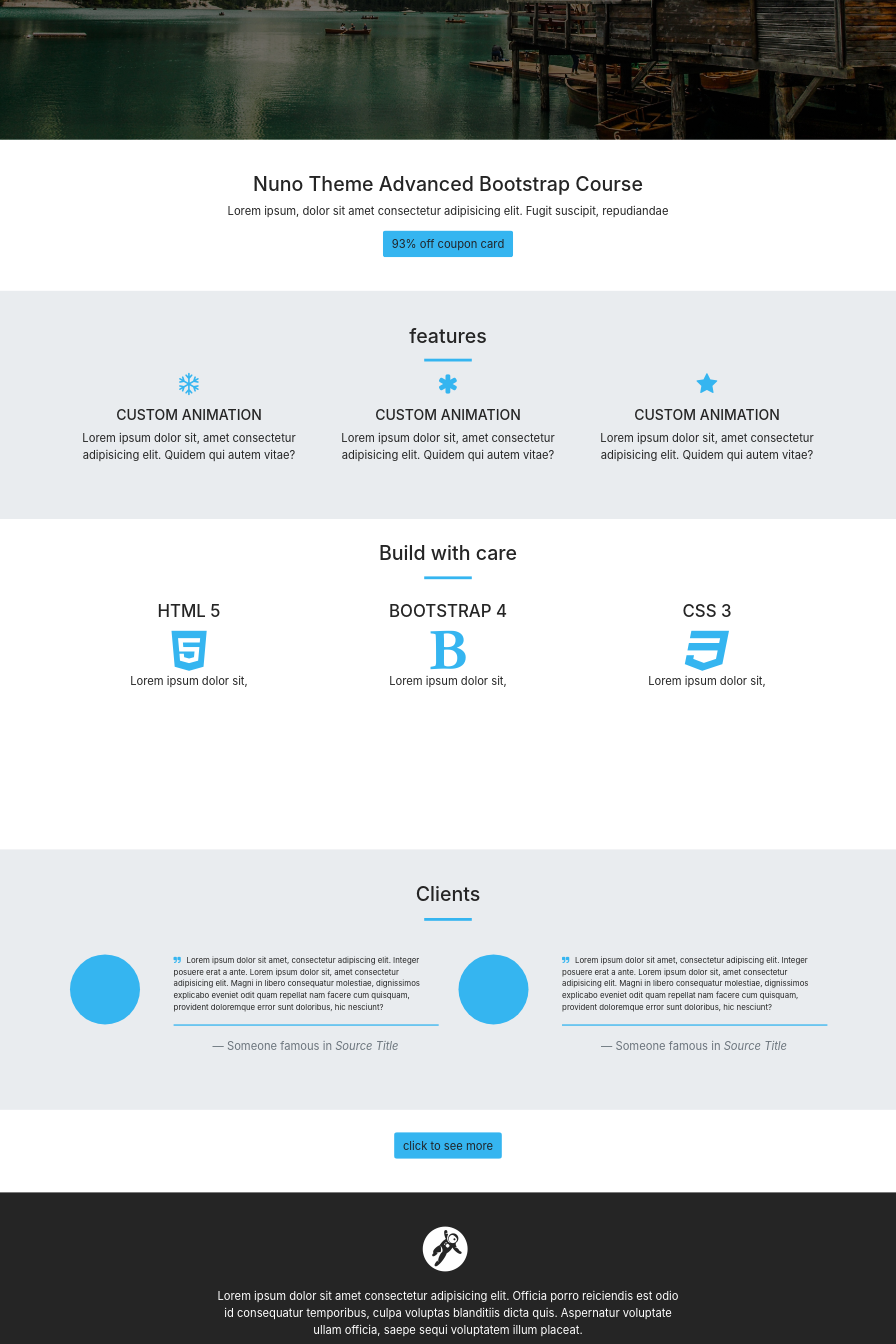
Repository: Mietlicha/bootstrap_template_exercise
Page: index.html
The author's editor kept a copy of each file at every save. The page is drawn from the files as they stood at one save, then again after the next save.
The browser window is 1280 px wide. The pictures show the part of the page from y = 449 to 2369 px (the page is 2593 px tall), at 70% of full size.
Backgrounds fixed to the window are drawn as part of the page.

Above is the page before, as saved 2019-11-20 16:39:05.

### index.html
<!DOCTYPE html>
<html lang="en">

<head>
    <meta charset="UTF-8">
    <meta name="viewport" content="width=device-width, initial-scale=1.0">
    <meta http-equiv="X-UA-Compatible" content="ie=edge">
    <title>Bootstrap template</title>
    <link rel="stylesheet" href="https://stackpath.bootstrapcdn.com/bootstrap/4.3.1/css/bootstrap.min.css"
        integrity="sha384-ggOyR0iXCbMQv3Xipma34MD+dH/1fQ784/j6cY/iJTQUOhcWr7x9JvoRxT2MZw1T" crossorigin="anonymous">
    <link rel="stylesheet" href="style.css">
    <link rel="stylesheet" href="https://cdnjs.cloudflare.com/ajax/libs/font-awesome/4.7.0/css/font-awesome.min.css">
</head>

<body data-spy="scroll" data-target="#main-nav">
    <!--------------------nav/home-------------------------------------------------------------------->
    <nav id="main-nav" class="navbar navbar-expand-md navbar-dark bg-dark font-weight-bold fixed-top">
        <a class="navbar-brand" href="#"><i class="fa fa-grav mr-2" aria-hidden="true"></i>Nuno</a>
        <button class="navbar-toggler" type="button" data-toggle="collapse" data-target="#navbarSupportedContent"
            aria-controls="navbarSupportedContent" aria-expanded="false" aria-label="Toggle navigation">
            <span class="navbar-toggler-icon"></span>
        </button>

        <div class="collapse navbar-collapse" id="navbarSupportedContent">
            <ul class="navbar-nav ml-auto">
                <li class="nav-item">
                    <a class="nav-link" href="#home">Home</a>
                </li>
                <li class="nav-item">
                    <a class="nav-link" href="#course">Course</a>
                </li>
                <li class="nav-item">
                    <a class="nav-link" href="#feature">Features</a>
                </li>
                <li class="nav-item">
                    <a class="nav-link" href="#resources">Resorses</a>
                </li>
                <li class="nav-item">
                    <a class="nav-link" href="#client">Client</a>
                </li>
                <li class="nav-item">
                    <a class="nav-link" href="#contact">Contact</a>
                </li>
        </div>
    </nav>
<!--------------------main----------------------------------------------------------------->
<main>
    <!--------------------home-------------------->
    <section id="home">
        <div class="home--landing-page">
        </div>
        <div class="home--caption">
            <h1>Welcome to Nuno</h1>
            <h3>Udemy bootstrap course</h3>
        </div>
    </section>

    <!--------------------corse-------------------->
    <section id="course" class="container text-center mt-5 mb-5">
        <header><h3>Nuno Theme Advanced Bootstrap Course</h3></header>
        <p>Lorem ipsum, dolor sit amet consectetur adipisicing elit. Fugit suscipit, repudiandae
        </p>
        <a href="#" class="btn btn-md" target="_blnk">93% off coupon card</a>
    </section>
    <!--------------------feature-------------------->
    <section id="feature">
        <div class="jumbotron jumbotron-fluid text-center pt-5">
            <header><h3>features</h3></header>
            <hr>
            <div class="container d-md-flex">
                <div class="feature-item col-md-4">
                    <i class="fa fa-snowflake-o" aria-hidden="true"></i>
                    <h5 class="pt-3">custom animation</h5>
                    <p>Lorem ipsum dolor sit, amet consectetur adipisicing elit. Quidem qui autem vitae?</p>
                </div>
                <div class="feature-item col-md-4">
                        <i class="fa fa-asterisk" aria-hidden="true"></i>
                        <h5 class="pt-3">custom animation</h5>
                        <p>Lorem ipsum dolor sit, amet consectetur adipisicing elit. Quidem qui autem vitae?</p>
                </div>
                <div class="feature-item col-md-4">
                        <i class="fa fa-star" aria-hidden="true"></i>
                        <h5 class="pt-3">custom animation</h5>
                        <p>Lorem ipsum dolor sit, amet consectetur adipisicing elit. Quidem qui autem vitae?</p>
                </div>
            </div>
        </div>
    </section>
    <!--------------------Resourses-------------------->
    <section id="resources">
        <div class="bcg"></div>
        <header><h3 class="text-center">Build with care</h3></header>
        <hr>
        <div class="container d-md-flex text-center">
            <div class="resources-item col-md-4">
                <h5 class="pt-3">Html 5</h5>
                <i class="fa fa-html5" aria-hidden="true"></i>
                <p>Lorem ipsum dolor sit,</p>
            </div>
            <div class="resources-item col-md-4">
                <h5 class="pt-3">Bootstrap 4</h5>
                <i class="fa fa-bold" aria-hidden="true"></i>
                <p>Lorem ipsum dolor sit,</p>
            </div>
            <div class="resources-item col-md-4">
                <h5 class="pt-3">CSS 3</h5>
                <i class="fa fa-css3" aria-hidden="true"></i>
                <p>Lorem ipsum dolor sit,</p>
            </div>
        </div>
        <div class="fix-wrap">
            <div class="fixed">
            </div>
        </div>
    </section>
    <!--------------------Client-------------------->
    <section id="client">
        <section class="jumbotron jumbotron-fluid text-center pt-5">
            <header><h3>Clients</h3></header>
            <hr class="client__main-hr mb-5">
            <div class="container d-md-flex">
                <div class="client-item col-md-6 d-flex">
                    <div class="foto mr-5"></div>
                    <blockquote class="blockquote">
                        <p class="mb-0 text-left">Lorem ipsum dolor sit amet, consectetur adipiscing elit. Integer posuere erat a ante. Lorem ipsum dolor sit, amet consectetur adipisicing elit. Magni in libero consequatur molestiae, dignissimos explicabo eveniet odit quam repellat nam facere cum quisquam, provident doloremque error sunt doloribus, hic nesciunt?</p>
                        <hr class="client__blockquote-hr text-left">
                        <footer class="blockquote-footer">Someone famous in <cite title="Source Title">Source Title</cite></footer>
                    </blockquote>
                </div>
                <div class="client-item col-md-6 d-flex mt-4 mt-md-0">
                    <div class="foto mr-5"></div>
                    <blockquote class="blockquote">
                        <p class="mb-0 text-left">Lorem ipsum dolor sit amet, consectetur adipiscing elit. Integer posuere erat a ante. Lorem ipsum dolor sit, amet consectetur adipisicing elit. Magni in libero consequatur molestiae, dignissimos explicabo eveniet odit quam repellat nam facere cum quisquam, provident doloremque error sunt doloribus, hic nesciunt?</p>
                        <hr class="client__blockquote-hr text-left">
                        <footer class="blockquote-footer">Someone famous in <cite title="Source Title">Source Title</cite></footer>
                    </blockquote>
                </div>
            </div>
        </section>
        <aside class="text-center">
            <a class="btn btn-md" data-toggle="collapse" href="#collapseExample" role="button" aria-expanded="false" aria-controls="collapseExample">click to see more</a>
            <p class="collapse" id="collapseExample">Lorem ipsum dolor sit amet, consectetur adipisicing elit. Perspiciatis, molestiae.</p>
        </aside>
    </section>
    <!--------------------footer-------------------->
    <footer id="contact" class="text-center mt-5 pt-5 pb-5">
        <i class="fa fa-grav mr-2" aria-hidden="true"></i>
        </p><p class="col-md-6">Lorem ipsum dolor sit amet consectetur adipisicing elit. Officia porro reiciendis est odio id consequatur temporibus, culpa voluptas blanditiis dicta quis. Aspernatur voluptate ullam officia, saepe sequi voluptatem illum placeat.</p>
        <address>
            <p>
            Anna Kubiak<br>
            Stysia 41<br>
            Wrocław 303<br>
            </p>
        </address>
        <div class="socials d-flex justify-content-center">
            <i class="fa fa-facebook-square" aria-hidden="true"></i>
            <i class="fa fa-twitter-square" aria-hidden="true"></i>
            <i class="fa fa-youtube-square" aria-hidden="true"></i>
        </div>
        <hr>
        <small>copyright &copy; Anna Kubiak 2019</small>
    </footer>
</main>

    <script src="https://code.jquery.com/jquery-3.3.1.slim.min.js"
        integrity="sha384-q8i/X+965DzO0rT7abK41JStQIAqVgRVzpbzo5smXKp4YfRvH+8abtTE1Pi6jizo"
        crossorigin="anonymous"></script>
    <script src="https://cdnjs.cloudflare.com/ajax/libs/popper.js/1.14.7/umd/popper.min.js"
        integrity="sha384-UO2eT0CpHqdSJQ6hJty5KVphtPhzWj9WO1clHTMGa3JDZwrnQq4sF86dIHNDz0W1"
        crossorigin="anonymous"></script>
    <script src="https://stackpath.bootstrapcdn.com/bootstrap/4.3.1/js/bootstrap.min.js"
        integrity="sha384-JjSmVgyd0p3pXB1rRibZUAYoIIy6OrQ6VrjIEaFf/nJGzIxFDsf4x0xIM+B07jRM"
        crossorigin="anonymous"></script>
</body>

</html>

### style.css
:root{
--main-colour: rgb(53, 181, 240);
--bcg-main-colour:  rgb(37, 37, 37);
font-size: 14px;
}

body{
    position: relative;
    color: var(--bcg-main-colour);
}

section:not(#home)::before{
    content: "";
    display: block;
    height: 4rem;
    margin-top: -4rem;
}

/************************NAV******************************************/
.bg-dark {
    background-color: #0a0a0a60!important;
}

.navbar-dark .navbar-nav .nav-link:hover{
    color: rgb(255, 255, 255);
}

.nav-link{
    padding: 0 7rem;
}

#main-nav {
text-transform: uppercase;
}

#main-nav .navbar-brand{
    font-size: 1.5rem;
}

#main-nav .navbar-brand i{
    color: var(--main-colour);
}

.navbar-dark .navbar-nav .nav-link.active{
    color: var(--main-colour);
    font-weight: bold;
}

.navbar-dark .navbar-nav .nav-link{
    padding-top: .9rem;
}

/************************Home******************************************/
#home{
    position: relative;
}

.home--landing-page{
    background: linear-gradient(rgba(0, 0, 0, 0.534), rgba(0, 0, 0, 0.534)), url(img/tlo.jpg) center/cover no-repeat;
    background-attachment: fixed;
    width: 100vw;
    height: 90vh;
}

.home--caption{
    width: 100%;
    position: absolute;
    top: 40%;
    z-index: 3;
    text-align: center;
    color: #fff;
    text-transform: uppercase;
}

.home--caption h1{
    font-size: 4rem;
}

.home--caption h1::first-letter, .home--caption h3::first-letter{
    color: var(--main-colour);
}

/************************Course******************************************/
#course .btn{
    background-color: var(--main-colour);
}

/************************Feature******************************************/
#feature hr{
    width: 5%;
    border: 2px solid var(--main-colour);
}

#feature i{
    color: var(--main-colour);
    font-size: 2rem;
}

#feature .feature-item h5{
    text-transform: uppercase;
}

/************************Resources******************************************/
#resources{
min-height: 70vh;
position: relative;
}

#resources bcg{
    position: absolute;
    top:0;
    right: 0;
    width: 100%;
    height: 70vh;
    background-attachment: fixed;
    background: linear-gradient(rgba(0, 0, 0, 0.534), rgba(0, 0, 0, 0.534)), url(img/tlo.jpg) center/cover no-repeat;
}

#resources h5{
    font-size: 1.5rem;
    text-transform: uppercase;
}

#resources i{
    color: var(--main-colour);
    font-size: 4rem;
}

#resources hr{
    width: 5%;
    border: 2px solid var(--main-colour);
}

#resourses .fixed{
    background: url(img/feature.jpg);
    /* height: 10vh; */
}

/************************Clients******************************************/
.client__main-hr{
    width: 5%;
    border: 2px solid var(--main-colour);
}

#client .foto{
    min-width: 100px;
    min-height: 100px;
    max-width: 100px;
    max-height: 100px;
    border-radius: 50%;
    background-color: var(--main-colour);
}

#client blockquote p::before{
    content: "\f10e ";
    font-family: FontAwesome;
    color: var(--main-colour);
    padding-right: 0.5rem;
}

.client__blockquote-hr{
    border: 0.5px solid var(--main-colour);
    width: 100%;
}


#client blockquote p{
    font-size: 0.7rem;
}

#client .btn {
    background-color: var(--main-colour);
}

/************************Contact******************************************/

#contact{
    background-color: var(--bcg-main-colour);
    color: #fff;
}

#contact > i{
    font-size: 4rem;
    padding-bottom: 0.5rem;
}

#contact .socials i{
    padding: 0 0.5rem;
    font-size: 1.5rem;
}

#contact hr{
    border: 0;
    height: 1px;
    background-image: linear-gradient(to right, rgba(0, 0, 0, 0), rgba(253, 253, 253, 0.75), rgba(0, 0, 0, 0));
}

#contact >p{
    max-width: 700px;
    margin: 1rem auto;
}

@media (min-width: 500px){
    :root{
        font-size: 16px;
    }
    }

    @media (min-width: 768px){
    .navbar-expand-md .navbar-nav .nav-link {
        padding-right: .9rem;
        padding-left: .9rem;
        padding-top: 0;
    }
    }

After the next save:
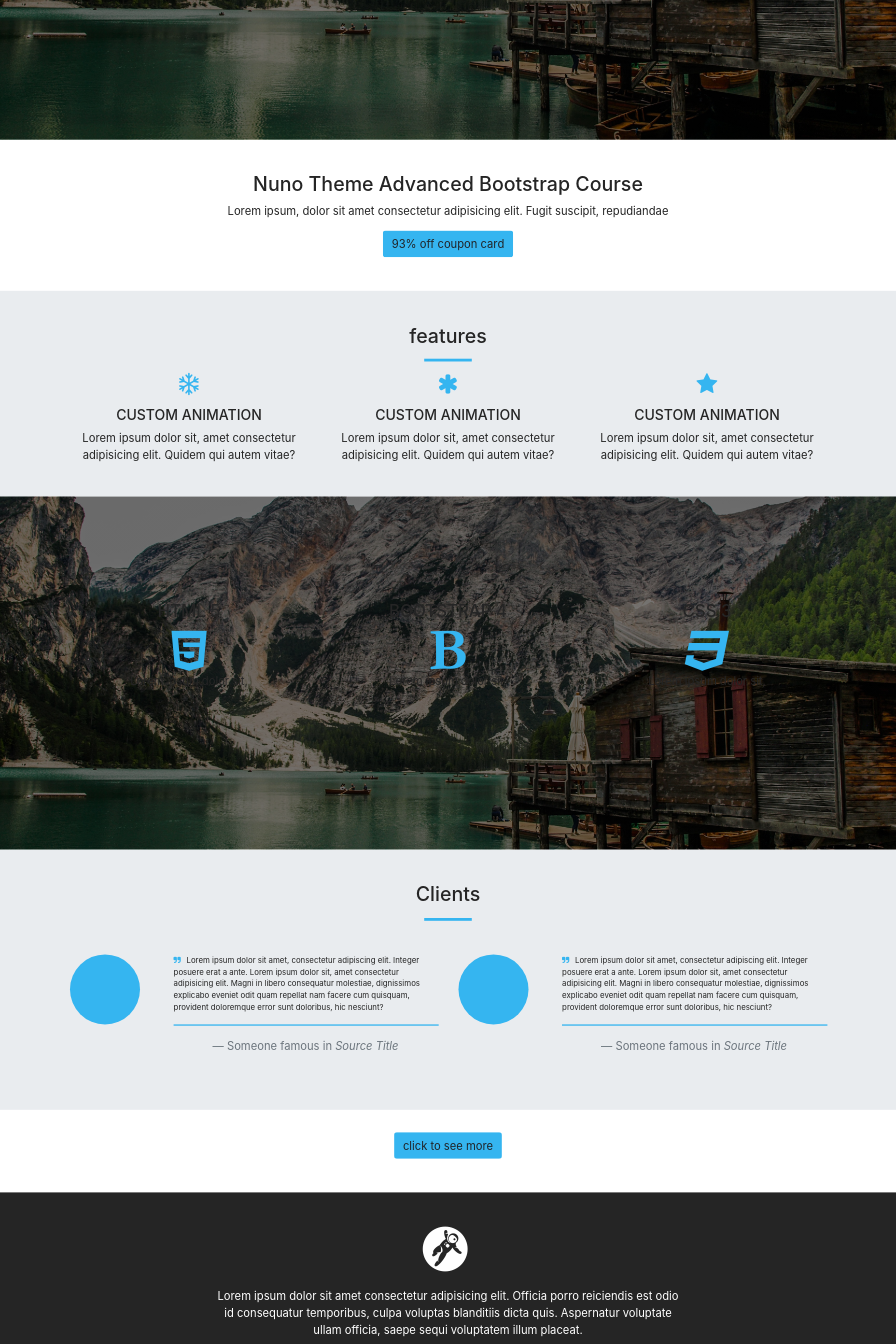
Saved 11 s later.
--- a/style.css
+++ b/style.css
@@ -106,7 +106,7 @@
 position: relative;
 }
 
-#resources bcg{
+#resources .bcg{
     position: absolute;
     top:0;
     right: 0;
